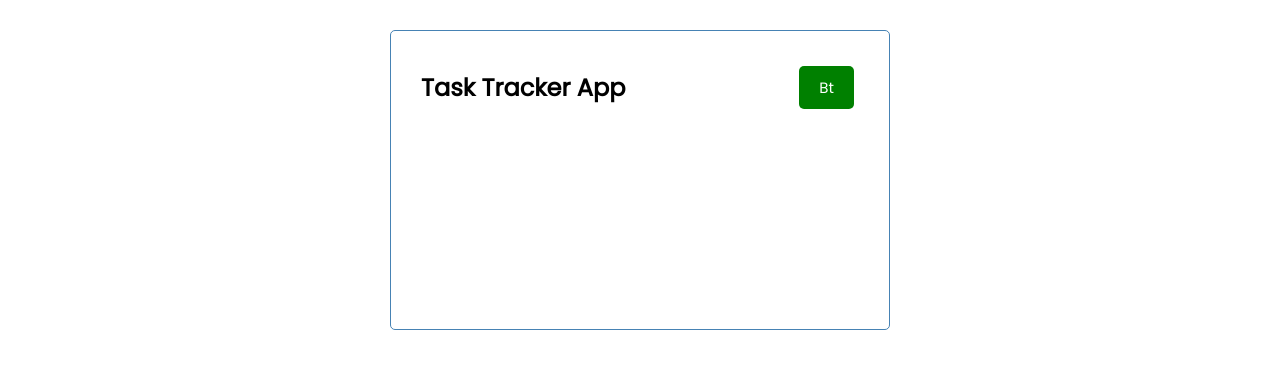
Repository: feyroozecode/task_tracker
Page: /
These files come from the project's save history. The page is drawn as it stood at one moment and after the next save; the edit follows.
The browser window is 1280 px wide. The pictures show the whole page.
The project was rebuilt for these pictures with package versions that can differ from the ones it lists, and the page was loaded fresh each time.

Above is the page before, as saved 2023-10-19 16:58:28.

### public/index.html
<!DOCTYPE html>
<html lang="en">
  <head>
    <meta charset="utf-8" />
    <link rel="icon" href="%PUBLIC_URL%/favicon.ico" />
    <meta name="viewport" content="width=device-width, initial-scale=1" />
    <meta name="theme-color" content="#000000" />
    <meta
      name="description"
      content="Web site created using create-react-app"
    />
    <link rel="apple-touch-icon" href="%PUBLIC_URL%/logo192.png" />

    <link rel="manifest" href="%PUBLIC_URL%/manifest.json" />

    <title>React App</title>
  </head>
  <body>
    <noscript>You need to enable JavaScript to run this app.</noscript>

    <div id="root"></div>

  </body>
</html>

### src/App.js
import Header from './components/Header'

const App = ()  => {
   const appName = 'Task Tracker App'

   return (
     <div className="container">
      <Header title={appName} />
     </div>
   );

}

export default App;

### src/components/Header.js
import PropTypes from 'prop-types'
import AddButton from './AddButton'

const Header = ({ title }) => {
    return (
        <header className='header'>
            <h2 > { title } </h2>
            <AddButton color='green' text='Bt' />

        </header>
    )
}

// set default title
Header.defaultProps = {
    title: 'Task Tracker'
}

Header.propTypes = {
    title: PropTypes.string.isRequired
}

// styles
const headingStyles = {
    color: 'wheat',
    backgroundColor: 'green',
    textAlign: 'center'
}

export default Header

### src/components/AddButton.js

const AddButton = ({color, text}) => {
    return (
     <button
      className='btn'
     style={{ backgroundColor: color }}
     > {text} </button>
    )
}



export default AddButton

Loaded but not shown: src/index.js (common file); src/index.css (common file)

After the next save:
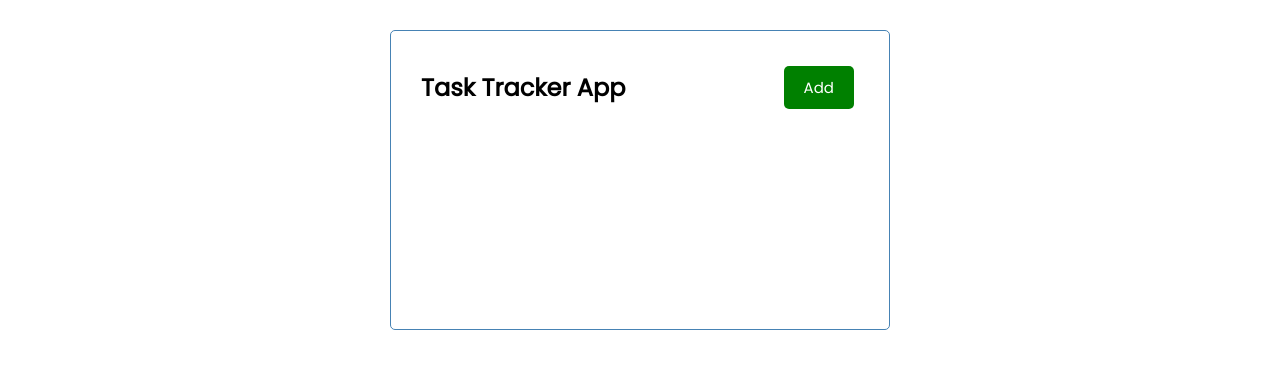
Saved 35 s later.
--- a/src/components/Header.js
+++ b/src/components/Header.js
@@ -5,7 +5,7 @@ const Header = ({ title }) => {
     return (
         <header className='header'>
             <h2 > { title } </h2>
-            <AddButton color='green' text='Bt' />
+            <AddButton color='green' text='Add' />
 
         </header>
     )
